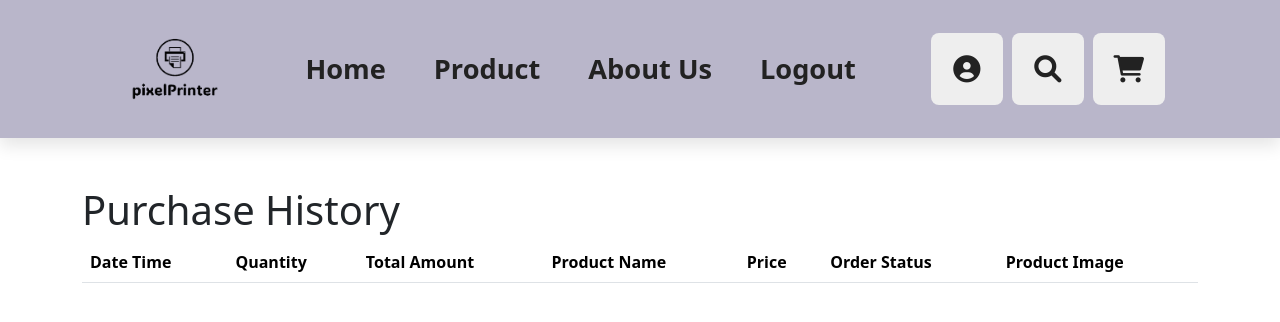
Repository: happy-kitty0821/PixlePrinters
Page: http://localhost/PixlePrint/PurchaseHistroyOfUserServlet
The author's editor kept a copy of each file at every save. The page is drawn from the files as they stood at one save, then again after the next save.
The browser window is 1280 px wide. The pictures show the whole page.
The page is served by Tomcat 9. The session is filled in as if someone had signed in: {"username": "testuser", "userId": 1, "accountType": "admin"}. Other server files are loaded and not shown. Queries for data that is not in the repository find no rows.

Above is the page before, as saved 2024-05-09 15:53:34.

### PixlePrint/src/main/webapp/pages/PurchaseHistroy.jsp
<%@ page import="java.util.List" %>
<%@ page import="models.PurchaseHistroyModel" %>
<%@ page import="utils.Utilities" %>
<%@ include file="Header.jsp" %>

<!-- Add Bootstrap CSS link -->
<link href="https://cdn.jsdelivr.net/npm/bootstrap@5.3.2/dist/css/bootstrap.min.css" rel="stylesheet">

<body>
    <div class="container mt-5">
        <h1>Purchase History</h1>
        <table class="table table-striped">
            <thead>
                <tr>
                    <th>Date Time</th>
                    <th>Quantity</th>
                    <th>Total Amount</th>
                    <th>Product Name</th>
                    <th>Price</th>
                    <th>Order Status</th>
                    <th>Product Image</th>
                </tr>
            </thead>
            <tbody>
                <% for (PurchaseHistroyModel purchase : (List<PurchaseHistroyModel>) request.getAttribute("purchaseHistroy")) { %>
                    <tr>
                        <td><%= purchase.getDateTime() %></td>
                        <td><%= purchase.getQuantity() %></td>
                        <td><%= purchase.getTotalAmount() %></td>
                        <td><%= purchase.getProductName() %></td>
                        <td><%= purchase.getPrice() %></td>
                        <td><%= purchase.getPurchaseStatus() %></td>
                        <td><img src="<%= request.getContextPath() %>/Uploads/ProductImages/<%= purchase.getProductImage() %>" alt="<%= purchase.getProductName() %>" style="max-width: 100px; max-height: 100px;"></td>
                    </tr>
                <% } %>
            </tbody>
        </table>
    </div>

    <!-- Add Bootstrap JavaScript and dependencies (optional) -->
    <script src="https://cdn.jsdelivr.net/npm/bootstrap@5.3.2/dist/js/bootstrap.bundle.min.js"></script>
</body>

### PixlePrint/src/main/webapp/pages/Header.jsp
<%@ page contentType="text/html;charset=UTF-8" language="java" %>
<%@ page import="utils.Utilities"%>
<!DOCTYPE html>
<html lang="en">
<head>
<meta charset="UTF-8">
<meta http-equiv="X-UA-Compatible" content="IE=edge">
<link rel="icon"
    href="${pageContext.request.contextPath}/Images/pixelprinter-high-resolution-logo.png"
    type="image/png">
<meta name="viewport" content="width=device-width, initial-scale=1.0">
<title>
    <%-- Default title --%>
    Printer Design
    <%-- Get the current page from the request URI and set the title accordingly --%>
    <% String currentPage = request.getRequestURI();
       if (currentPage.endsWith("Index.jsp")) { %>
           | Home
       <% } else if (currentPage.endsWith("DisplayProductToCustomerServlet")) { %>
           | Product
       <% } else if (currentPage.endsWith("Contact.jsp")) { %>
           | About Us
       <% } else if (currentPage.endsWith("Login.jsp")) { %>
           | Login
       <% } else if (currentPage.endsWith("LogoutServlet")) { %>
           | Logout
       <% } %>
</title>
<link rel="stylesheet"
    href="https://cdnjs.cloudflare.com/ajax/libs/font-awesome/6.0.0-beta3/css/all.min.css">
<link rel="stylesheet"
    href="${pageContext.request.contextPath}/css/Header.css" />
</head>

<body>
    <section id="header" class="header">
        <a href="${pageContext.request.contextPath}/pages/Index.jsp"><img
            src="${pageContext.request.contextPath}/Images/logo.png" class="logo"
            style="width: 120px; height: auto;"></a>
        <nav class="navbar">
            <a class="active"
                href="${pageContext.request.contextPath}/pages/Index.jsp">Home</a> <a
                href="${pageContext.request.contextPath}/DisplayProductToCustomerServlet">Product</a>
            <a href="${pageContext.request.contextPath}/pages/Contact.jsp">About
                Us</a>
            <%
            if (session.getAttribute("username") == null) {
            %>
                <a href="${pageContext.request.contextPath}/pages/Login.jsp">Login</a>
            <% } else { %>
                <a href="${pageContext.request.contextPath}/LogoutServlet">Logout</a>
            <% } %>
        </nav>
        <div class="icons">
            <div id="menu-btn" class="fas fa-bars"></div>
            <a href="${pageContext.request.contextPath}/UserProfile" class="fas fa-user-circle"></a>
            <a href="${pageContext.request.contextPath}/pages/Search.jsp" class="fas fa-search"></a>
            <a href="${pageContext.request.contextPath}/DisplayCart" class="fas fa-shopping-cart"></a>
        </div>
    </section>
</body>
</html>

### PixlePrint/src/main/java/controller/servlets/PurchaseHistroyOfUserServlet.java
package controller.servlets;

import java.io.IOException;
import java.util.List;

import javax.servlet.ServletException;
import javax.servlet.annotation.WebServlet;
import javax.servlet.http.HttpServlet;
import javax.servlet.http.HttpServletRequest;
import javax.servlet.http.HttpServletResponse;

import controller.DatabaseController;
import models.PurchaseHistroyModel;
import utils.Utilities;

/**
 * Servlet implementation class PurchaseHistroyOfUserServlet
 */
@WebServlet("/PurchaseHistroyOfUserServlet")
public class PurchaseHistroyOfUserServlet extends HttpServlet {
	private static final long serialVersionUID = 1L;
     DatabaseController dbController = new DatabaseController();
    /**
     * @see HttpServlet#HttpServlet()
     */
    public PurchaseHistroyOfUserServlet() {
        super();
        // TODO Auto-generated constructor stub
    }

	/**
	 * @see HttpServlet#doGet(HttpServletRequest request, HttpServletResponse response)
	 */
	protected void doGet(HttpServletRequest request, HttpServletResponse response) throws ServletException, IOException {
		String username = (String) request.getSession().getAttribute("username");
		if(username != null) {
			int userId = (int) request.getSession().getAttribute("userId");
			List<PurchaseHistroyModel> purchaseHistroy = dbController.getUserPruchaseHistroy(userId);
			request.setAttribute("purchaseHistroy", purchaseHistroy);
			request.getRequestDispatcher("/pages/PurchaseHistroy.jsp").forward(request, response);
		}
		else {
			response.sendRedirect(request.getContextPath() + Utilities.LOGIN_PAGE);
		}
	}

	/**
	 * @see HttpServlet#doPost(HttpServletRequest request, HttpServletResponse response)
	 */
	protected void doPost(HttpServletRequest request, HttpServletResponse response) throws ServletException, IOException {
		// TODO Auto-generated method stub
		doGet(request, response);
	}

}

### PixlePrint/src/main/webapp/css/Header.css
@charset "ISO-8859-1";
*{
    margin: 0;
    padding: 0;
    box-sizing: border-box;
    font-family: system-ui;
}
body {
    font-family: 'system-ui', 'Spartan', sans-serif;
}


.header{
    position: sticky;
    top: 0;
    left: 0;
    right: 0;
    z-index: 1000;
    box-shadow: 0 0.5rem 1rem rgba(0,0,0,0.1);
    background:#b9b6ca;
    display: flex;
    align-items: center;
    justify-content: space-between;
    padding:1.5rem 9%;
}
.header .logo{
    font-size: 2.5rem;
    color: #222;
    font-weight: bolder;
    mix-blend-mode:multiply;
}
.header .logo i{
	mix-blend-mode:multiply;
    color: #2d709d;
}
.header .navbar a{
    margin: 0 1.5rem;
    font-size: 1.7rem;
    color: #222;
	text-decoration: none;
	font-weight: 700;
}
.header .navbar a:hover{
    color: #2d7f85;
}
.header .icons div,
.header .icons a{
    height: 4.5rem;
    width:4.5rem;
    line-height: 4.5rem;
    border-radius: .5rem;
    background: #eee;
    font-size: 1.7rem;
    color: #222;
    margin-left: .3rem;
    text-align: center;
    cursor: pointer;
    text-decoration: none
}
.header .icons a:hover,
.header .icons div:hover{
    background: #298f93;
    color: #fff;
}
.header #menu-btn{
    display: none;
}

After the next save:
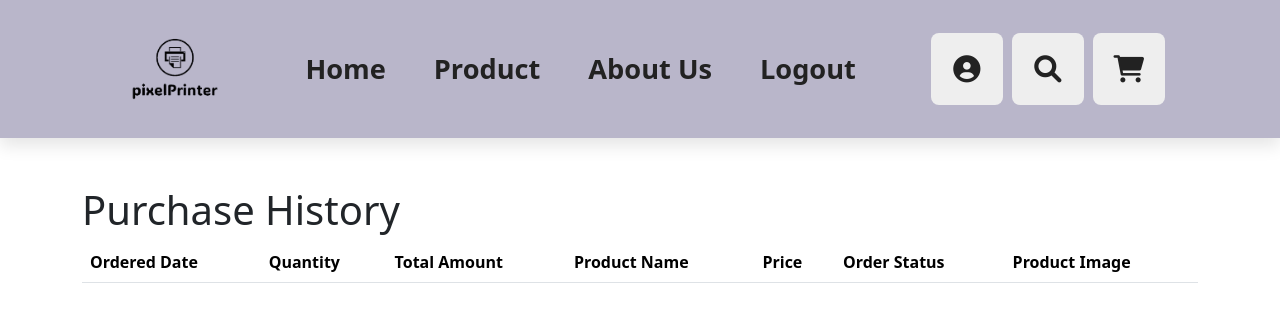
Saved 24 s later.
--- a/PixlePrint/src/main/webapp/pages/PurchaseHistroy.jsp
+++ b/PixlePrint/src/main/webapp/pages/PurchaseHistroy.jsp
@@ -12,7 +12,7 @@
         <table class="table table-striped">
             <thead>
                 <tr>
-                    <th>Date Time</th>
+                    <th>Ordered Date</th>
                     <th>Quantity</th>
                     <th>Total Amount</th>
                     <th>Product Name</th>
